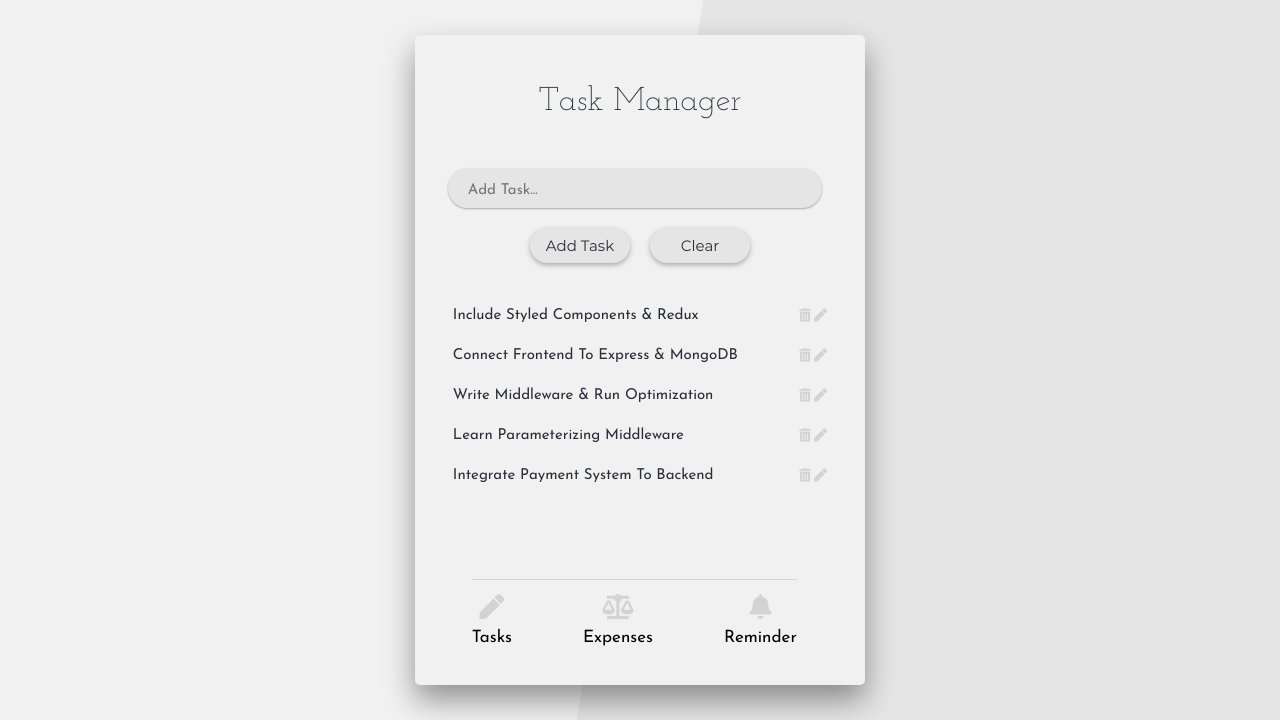
Repository: Kol124/react-task-manager
Page: /
These files come from the project's save history. The page is drawn as it stood at one moment and after the next save; the edit follows.
The browser window is 1280 px wide. The pictures show the whole page.
The project was rebuilt for these pictures with package versions that can differ from the ones it lists, and the page was loaded fresh each time. Also part of the build but not shown: src/components/Expenses/Expenses.js, src/components/Reminder/Reminder.js.

Above is the page before, as saved 2021-06-24 17:56:54.

### public/index.html
<!DOCTYPE html>
<html lang="en">
  <head>
    <meta charset="utf-8" />
    <link rel="icon" href="%PUBLIC_URL%/favicon.ico" />
    <meta name="viewport" content="width=device-width, initial-scale=1" />
    <meta name="theme-color" content="#000000" />
    <meta
      name="description"
      content="Web site created using create-react-app"
    />
    <link rel="apple-touch-icon" href="%PUBLIC_URL%/logo192.png" />
    <!--
      manifest.json provides metadata used when your web app is installed on a
      user's mobile device or desktop. See https://developers.google.com/web/fundamentals/web-app-manifest/
    -->
    <link rel="manifest" href="%PUBLIC_URL%/manifest.json" />
    <!--
      Notice the use of %PUBLIC_URL% in the tags above.
      It will be replaced with the URL of the `public` folder during the build.
      Only files inside the `public` folder can be referenced from the HTML.

      Unlike "/favicon.ico" or "favicon.ico", "%PUBLIC_URL%/favicon.ico" will
      work correctly both with client-side routing and a non-root public URL.
      Learn how to configure a non-root public URL by running `npm run build`.
    -->
    <link rel="stylesheet" href="all.min.css" />
    <title>React App</title>
  </head>
  <body>
    <noscript>You need to enable JavaScript to run this app.</noscript>
    <div id="root"></div>
    <!--
      This HTML file is a template.
      If you open it directly in the browser, you will see an empty page.

      You can add webfonts, meta tags, or analytics to this file.
      The build step will place the bundled scripts into the <body> tag.

      To begin the development, run `npm start` or `yarn start`.
      To create a production bundle, use `npm run build` or `yarn build`.
    -->
  </body>
</html>

### src/App.js
import "./App.css";
import React from "react";
import TaskContextProvider from "./context/TaskContext";
import ThemeContextProvider from "./context/ThemeContext";
import Main from "./components/Main";

function App() {
  return (
    <ThemeContextProvider>
      <TaskContextProvider>
        <div className="container">
          <Main />
        </div>
      </TaskContextProvider>
    </ThemeContextProvider>
  );
}

export default App;

### src/App.css
@import url("fonts.css");

* {
  margin: 0;
  padding: 0;
  box-sizing: inherit;
}

html {
  box-sizing: border-box;
  font-size: 62.5%;
}

.container {
  width: 100%;
  height: 100vh;
  display: flex;
  align-items: center;
  justify-content: center;
  background: linear-gradient(100deg, #f1f1f1 50%, #e5e5e5 0);
}

.app-wrapper {
  padding: 2.5rem 2.8rem;
  position: relative;
  width: 45rem;
  height: 65rem;
  border-radius: 5px;
  box-shadow: 0 15px 30px rgba(0, 0, 0, 0.4);
}

.header .main-header {
  font-family: "Josefin Slab", serif;
  text-align: center;
  font-size: 3.3rem;
  /* color: #e5e5e5; */
  font-weight: 300;
  margin: 2.5rem 2rem 5rem 2rem;
}

.main {
  display: flex;
  flex-direction: column;
  align-items: space-between;
  margin-bottom: 3.5rem;
  width: 100%;
}

.form {
  display: flex;
  align-items: center;
  margin-bottom: 1.5rem;
  flex-direction: column;
  justify-content: center;
}

.task-input {
  font-family: "Josefin Sans", serif;
  padding: 1.5rem 1rem 1rem 2rem;
  margin: 0 1rem 1rem 0;
  color: #ccc;
  width: 95%;
  outline: none;
  font-size: 1.5rem;
  border-radius: 20px;
  background-color: #1d222b;
  box-shadow: 0 1px 2px rgba(0, 0, 0, 0.3);
}

@media only screen and (max-width: 450px) {
  html {
    font-size: 50%;
  }
}

.buttons {
  display: flex;
}

.btn {
  font-family: "Montserrat", sans-serif;
  background-color: #1d222b;
  border-radius: 2rem;
  font-size: 1.5rem;
  height: 3.5rem;
  width: 10rem;
  border: none;
  margin: 1rem;
  outline: none;
  cursor: pointer;
  box-shadow: 0 2px 5px rgba(0, 0, 0, 0.3);
}

.list {
  width: 95%;
  margin: 0 auto;
  max-height: 28rem;
  overflow: hidden;
  overflow-y: auto;
}

/* width */
::-webkit-scrollbar {
  width: 6px;
}

/* Track */
::-webkit-scrollbar-track {
  border-radius: 10px;
  background-color: #aaa;
}

/* Handle */
::-webkit-scrollbar-thumb {
  background: #444;
  border-radius: 10px;
}

.list-item {
  display: flex;
  margin: 2rem 0;
  padding-bottom: 0.5rem;
  justify-content: space-between;
}

.list-item span {
  font-family: "Josefin Sans", sans-serif;
  /* color: #bbb; */
  font-size: 1.5rem;
  text-transform: capitalize;
}

.task-btn {
  cursor: pointer;
  background-color: transparent;
  border: none;
  outline: none;
}

.no-tasks {
  text-align: center;
  font-family: "Montserrat", sans-serif;
  margin-top: 2.5rem;
  font-size: 2rem;
}

footer {
  position: absolute;
  width: 85%;
  bottom: 6%;
}

footer .nav {
  display: flex;
  align-items: center;
  justify-content: space-between;
  border-top: 1px solid #d4d4d4;
  padding-top: 1.4rem;
  list-style: none;
  margin: 0 auto;
  width: 85%;
}

.nav li {
  font-family: "Josefin Sans", sans-serif;
  text-align: center;
}

.nav li a {
  text-decoration: none;
}

.nav li i {
  font-size: 2.5rem;
  transition: all ease 0.3s;
}

.nav li i:hover {
  color: #182741;
}

.nav li p {
  text-decoration: none;
  font-size: 1.7rem;
  color: initial;
  margin-top: 1rem;
}

### src/context/TaskContext.js
import React, { createContext, useState, useReducer, useEffect } from "react";
import TaskReducer from "../reducer/TaskReducer";

export const TaskContext = createContext();

export default function TaskContextProvider(props) {
  const [tasks, dispatch] = useReducer(TaskReducer, [
    { title: "Include styled components & redux", id: 1 },
    { title: "Connect frontend to express & mongoDB", id: 2 },
    { title: "Write middleware & run optimization", id: 3 },
    { title: "Learn parameterizing middleware", id: 4 },
    { title: "Integrate payment system to backend", id: 5 },
  ]);
  const [editItem, setEditItem] = useState(null);

  const findItem = (id) => {
    const item = tasks.find((task) => task.id === id);
    setEditItem(item);
  };

  useEffect(() => {
    console.log(tasks);
  });

  return (
    <TaskContext.Provider
      value={{ tasks, editItem, setEditItem, findItem, dispatch }}
    >
      {props.children}
    </TaskContext.Provider>
  );
}

### src/context/ThemeContext.js
import React, { Component, createContext } from "react";

export const ThemeContext = createContext();

export default class ThemeContextProvider extends Component {
  state = {
    isLightTheme: true,
    light: {
      font: "#292f38",
      accent: "#e5e5e5",
      icon: "#d3d3d3",
      bg: "#f1f1f1",
    },
    dark: {
      font: "#f1f1f1",
      accent: "#1d222b",
      icon: "#d7d7d7",
      bg: "#292f38",
    },
  };

  toggleTheme = () => {
    this.setState({ isLightTheme: !this.state.isLightTheme });
  };

  render() {
    return (
      <div>
        <ThemeContext.Provider
          value={{ ...this.state, toggleTheme: this.toggleTheme }}
        >
          {this.props.children}
        </ThemeContext.Provider>
      </div>
    );
  }
}

### src/components/Main.js
import React, { useContext } from "react";
import { BrowserRouter as Router, Switch, Route } from "react-router-dom";
import Header from "./Header";
import TaskForm from "./TaskForm";
import TaskList from "./TaskList";
import Expenses from "./expenses/Expenses";
import Reminder from "./reminder/Reminder";
import Footer from "./Footer";
import { ThemeContext } from "../context/ThemeContext";

export default function Main() {
  const { isLightTheme, dark, light } = useContext(ThemeContext);
  const theme = isLightTheme ? light : dark;

  return (
    <Router>
      <div>
        <div
          className="app-wrapper"
          style={{ background: theme.bg, color: theme.font }}
        >
          <Header />
          <Switch>
            <Route exact path="/">
              <div className="main">
                <TaskForm />
                <TaskList />
              </div>
            </Route>

            <Route path="/expenses">
              <Expenses />
            </Route>

            <Route path="/reminder">
              <Reminder />
            </Route>
          </Switch>
          <Footer />
        </div>
      </div>
    </Router>
  );
}

### src/fonts.css
/* josefin-sans-300 - latin */
@font-face {
  font-family: "Josefin Sans";
  font-style: normal;
  font-weight: 300;
  src: url("./fonts/josefin-sans-v17-latin-300.eot"); /* IE9 Compat Modes */
  src: local(""),
    url("./fonts/josefin-sans-v17-latin-300.eot?#iefix")
      format("embedded-opentype"),
    /* IE6-IE8 */ url("./fonts/josefin-sans-v17-latin-300.woff2")
      format("woff2"),
    /* Super Modern Browsers */ url("./fonts/josefin-sans-v17-latin-300.woff")
      format("woff"),
    /* Modern Browsers */ url("./fonts/josefin-sans-v17-latin-300.ttf")
      format("truetype"),
    /* Safari, Android, iOS */
      url("./fonts/josefin-sans-v17-latin-300.svg#JosefinSans") format("svg"); /* Legacy iOS */
}
/* josefin-sans-regular - latin */
@font-face {
  font-family: "Josefin Sans";
  font-style: normal;
  font-weight: 400;
  src: url("./fonts/josefin-sans-v17-latin-regular.eot"); /* IE9 Compat Modes */
  src: local(""),
    url("./fonts/josefin-sans-v17-latin-regular.eot?#iefix")
      format("embedded-opentype"),
    /* IE6-IE8 */ url("./fonts/josefin-sans-v17-latin-regular.woff2")
      format("woff2"),
    /* Super Modern Browsers */
      url("./fonts/josefin-sans-v17-latin-regular.woff") format("woff"),
    /* Modern Browsers */ url("./fonts/josefin-sans-v17-latin-regular.ttf")
      format("truetype"),
    /* Safari, Android, iOS */
      url("./fonts/josefin-sans-v17-latin-regular.svg#JosefinSans")
      format("svg"); /* Legacy iOS */
}
/* josefin-sans-600 - latin */
@font-face {
  font-family: "Josefin Sans";
  font-style: normal;
  font-weight: 600;
  src: url("./fonts/josefin-sans-v17-latin-600.eot"); /* IE9 Compat Modes */
  src: local(""),
    url("./fonts/josefin-sans-v17-latin-600.eot?#iefix")
      format("embedded-opentype"),
    /* IE6-IE8 */ url("./fonts/josefin-sans-v17-latin-600.woff2")
      format("woff2"),
    /* Super Modern Browsers */ url("./fonts/josefin-sans-v17-latin-600.woff")
      format("woff"),
    /* Modern Browsers */ url("./fonts/josefin-sans-v17-latin-600.ttf")
      format("truetype"),
    /* Safari, Android, iOS */
      url("./fonts/josefin-sans-v17-latin-600.svg#JosefinSans") format("svg"); /* Legacy iOS */
}
/* josefin-sans-700 - latin */
@font-face {
  font-family: "Josefin Sans";
  font-style: normal;
  font-weight: 700;
  src: url("./fonts/josefin-sans-v17-latin-700.eot"); /* IE9 Compat Modes */
  src: local(""),
    url("./fonts/josefin-sans-v17-latin-700.eot?#iefix")
      format("embedded-opentype"),
    /* IE6-IE8 */ url("./fonts/josefin-sans-v17-latin-700.woff2")
      format("woff2"),
    /* Super Modern Browsers */ url("./fonts/josefin-sans-v17-latin-700.woff")
      format("woff"),
    /* Modern Browsers */ url("./fonts/josefin-sans-v17-latin-700.ttf")
      format("truetype"),
    /* Safari, Android, iOS */
      url("./fonts/josefin-sans-v17-latin-700.svg#JosefinSans") format("svg"); /* Legacy iOS */
}

/* josefin-slab-300 - latin */
@font-face {
  font-family: "Josefin Slab";
  font-style: normal;
  font-weight: 300;
  src: url("./fonts/josefin-slab-v13-latin-300.eot"); /* IE9 Compat Modes */
  src: local(""),
    url("./fonts/josefin-slab-v13-latin-300.eot?#iefix")
      format("embedded-opentype"),
    /* IE6-IE8 */ url("./fonts/josefin-slab-v13-latin-300.woff2")
      format("woff2"),
    /* Super Modern Browsers */ url("./fonts/josefin-slab-v13-latin-300.woff")
      format("woff"),
    /* Modern Browsers */ url("./fonts/josefin-slab-v13-latin-300.ttf")
      format("truetype"),
    /* Safari, Android, iOS */
      url("./fonts/josefin-slab-v13-latin-300.svg#JosefinSlab") format("svg"); /* Legacy iOS */
}
/* josefin-slab-regular - latin */
@font-face {
  font-family: "Josefin Slab";
  font-style: normal;
  font-weight: 400;
  src: url("./fonts/josefin-slab-v13-latin-regular.eot"); /* IE9 Compat Modes */
  src: local(""),
    url("./fonts/josefin-slab-v13-latin-regular.eot?#iefix")
      format("embedded-opentype"),
    /* IE6-IE8 */ url("./fonts/josefin-slab-v13-latin-regular.woff2")
      format("woff2"),
    /* Super Modern Browsers */
      url("./fonts/josefin-slab-v13-latin-regular.woff") format("woff"),
    /* Modern Browsers */ url("./fonts/josefin-slab-v13-latin-regular.ttf")
      format("truetype"),
    /* Safari, Android, iOS */
      url("./fonts/josefin-slab-v13-latin-regular.svg#JosefinSlab")
      format("svg"); /* Legacy iOS */
}
/* josefin-slab-600 - latin */
@font-face {
  font-family: "Josefin Slab";
  font-style: normal;
  font-weight: 600;
  src: url("./fonts/josefin-slab-v13-latin-600.eot"); /* IE9 Compat Modes */
  src: local(""),
    url("./fonts/josefin-slab-v13-latin-600.eot?#iefix")
      format("embedded-opentype"),
    /* IE6-IE8 */ url("./fonts/josefin-slab-v13-latin-600.woff2")
      format("woff2"),
    /* Super Modern Browsers */ url("./fonts/josefin-slab-v13-latin-600.woff")
      format("woff"),
    /* Modern Browsers */ url("./fonts/josefin-slab-v13-latin-600.ttf")
      format("truetype"),
    /* Safari, Android, iOS */
      url("./fonts/josefin-slab-v13-latin-600.svg#JosefinSlab") format("svg"); /* Legacy iOS */
}
/* josefin-slab-700 - latin */
@font-face {
  font-family: "Josefin Slab";
  font-style: normal;
  font-weight: 700;
  src: url("./fonts/josefin-slab-v13-latin-700.eot"); /* IE9 Compat Modes */
  src: local(""),
    url("./fonts/josefin-slab-v13-latin-700.eot?#iefix")
      format("embedded-opentype"),
    /* IE6-IE8 */ url("./fonts/josefin-slab-v13-latin-700.woff2")
      format("woff2"),
    /* Super Modern Browsers */ url("./fonts/josefin-slab-v13-latin-700.woff")
      format("woff"),
    /* Modern Browsers */ url("./fonts/josefin-slab-v13-latin-700.ttf")
      format("truetype"),
    /* Safari, Android, iOS */
      url("./fonts/josefin-slab-v13-latin-700.svg#JosefinSlab") format("svg"); /* Legacy iOS */
}

/* montserrat-300 - latin */
@font-face {
  font-family: "Montserrat";
  font-style: normal;
  font-weight: 300;
  src: url("./fonts/montserrat-v15-latin-300.eot"); /* IE9 Compat Modes */
  src: local(""),
    url("./fonts/montserrat-v15-latin-300.eot?#iefix")
      format("embedded-opentype"),
    /* IE6-IE8 */ url("./fonts/montserrat-v15-latin-300.woff2") format("woff2"),
    /* Super Modern Browsers */ url("./fonts/montserrat-v15-latin-300.woff")
      format("woff"),
    /* Modern Browsers */ url("./fonts/montserrat-v15-latin-300.ttf")
      format("truetype"),
    /* Safari, Android, iOS */
      url("./fonts/montserrat-v15-latin-300.svg#Montserrat") format("svg"); /* Legacy iOS */
}
/* montserrat-regular - latin */
@font-face {
  font-family: "Montserrat";
  font-style: normal;
  font-weight: 400;
  src: url("./fonts/montserrat-v15-latin-regular.eot"); /* IE9 Compat Modes */
  src: local(""),
    url("./fonts/montserrat-v15-latin-regular.eot?#iefix")
      format("embedded-opentype"),
    /* IE6-IE8 */ url("./fonts/montserrat-v15-latin-regular.woff2")
      format("woff2"),
    /* Super Modern Browsers */ url("./fonts/montserrat-v15-latin-regular.woff")
      format("woff"),
    /* Modern Browsers */ url("./fonts/montserrat-v15-latin-regular.ttf")
      format("truetype"),
    /* Safari, Android, iOS */
      url("./fonts/montserrat-v15-latin-regular.svg#Montserrat") format("svg"); /* Legacy iOS */
}
/* montserrat-500 - latin */
@font-face {
  font-family: "Montserrat";
  font-style: normal;
  font-weight: 500;
  src: url("./fonts/montserrat-v15-latin-500.eot"); /* IE9 Compat Modes */
  src: local(""),
    url("./fonts/montserrat-v15-latin-500.eot?#iefix")
      format("embedded-opentype"),
    /* IE6-IE8 */ url("./fonts/montserrat-v15-latin-500.woff2") format("woff2"),
    /* Super Modern Browsers */ url("./fonts/montserrat-v15-latin-500.woff")
      format("woff"),
    /* Modern Browsers */ url("./fonts/montserrat-v15-latin-500.ttf")
      format("truetype"),
    /* Safari, Android, iOS */
      url("./fonts/montserrat-v15-latin-500.svg#Montserrat") format("svg"); /* Legacy iOS */
}

### src/reducer/TaskReducer.js
export default function TaskReducer(tasks, action) {
  switch (action.type) {
    case "ADD_TASK":
      return [
        ...tasks,
        {
          title: action.task.title,
          id: Math.random().toString(),
        },
      ];

    case "REMOVE_TASK":
      return tasks.filter((task) => task.id !== action.task.id);

    case "EDIT_TASK":
      return tasks.map((task) =>
        task.id === action.task.id
          ? { title: action.task.title, id: action.task.id }
          : task
      );

    case "CLEAR_TASK":
      return [];

    default:
      return tasks;
  }
}

### src/components/Header.js
import React from "react";

const Header = () => {
  return (
    <div className="header">
      <h1 className="main-header">Task Manager</h1>
    </div>
  );
};

export default Header;

### src/components/TaskForm.js
import React, { useState, useContext, useEffect } from "react";
import { TaskContext } from "../context/TaskContext";
import { ThemeContext } from "../context/ThemeContext";

export default function TaskForm() {
  const { editItem, setEditItem, dispatch } = useContext(TaskContext);
  const [title, setTitle] = useState("");

  const { isLightTheme, dark, light } = useContext(ThemeContext);
  const theme = isLightTheme ? light : dark;

  const handleSubmit = (e) => {
    e.preventDefault();
    if (editItem !== null) {
      dispatch({
        type: "EDIT_TASK",
        task: {
          title,
          id: editItem.id,
        },
      });
      setEditItem(null);
    } else {
      dispatch({
        type: "ADD_TASK",
        task: {
          title,
        },
      });
    }

    setTitle("");
  };

  useEffect(() => {
    if (editItem !== null) {
      setTitle(editItem.title);
      console.log(editItem);
    } else {
      setTitle("");
    }
  }, [editItem]);

  return (
    <form onSubmit={handleSubmit} className="form">
      <input
        type="text"
        placeholder="Add Task..."
        value={title}
        style={{
          background: theme.accent,
          color: theme.font,
          border: theme.icon,
        }}
        onChange={(e) => setTitle(e.target.value)}
        required
        className="task-input"
      />
      <div className="buttons">
        <button
          type="submit"
          className="btn"
          style={{ background: theme.accent, color: theme.font }}
        >
          {editItem ? "Edit Task" : "Add Task"}
        </button>
        <button
          className="btn"
          style={{ background: theme.accent, color: theme.font }}
          onClick={() => dispatch({ type: "CLEAR_TASK" })}
        >
          Clear
        </button>
      </div>
    </form>
  );
}

### src/components/TaskList.js
import React, { useContext } from "react";
import { TaskContext } from "../context/TaskContext";
import Task from "./Task";

export default function TaskList() {
  const { tasks } = useContext(TaskContext);

  return (
    <div>
      {tasks.length ? (
        <ul className="list">
          {tasks.map((task) => {
            return <Task task={task} key={task.id} />;
          })}
        </ul>
      ) : (
        <div className="no-tasks">No Tasks</div>
      )}
    </div>
  );
}

### src/components/Footer.js
import React, { useContext } from "react";
import { Link } from "react-router-dom";
import { ThemeContext } from "../context/ThemeContext";

export default function Footer() {
  const { isLightTheme, dark, light } = useContext(ThemeContext);
  const theme = isLightTheme ? light : dark;

  return (
    <footer>
      <ul className="nav">
        <li>
          <Link to="/">
            <i style={{ color: theme.icon }} className="fa fa-pen"></i>
            <p>Tasks</p>
          </Link>
        </li>

        <li>
          <Link to="/Expenses">
            <i
              style={{ color: theme.icon }}
              className="fa fa-balance-scale"
            ></i>
            <p>Expenses</p>
          </Link>
        </li>

        <li>
          <Link to="/Reminder">
            <i style={{ color: theme.icon }} className="fa fa-bell"></i>
            <p>Reminder</p>
          </Link>
        </li>
      </ul>
    </footer>
  );
}

### src/components/Task.js
import React, { useContext } from "react";
import { TaskContext } from "../context/TaskContext";
import { ThemeContext } from "../context/ThemeContext";

export default function Task({ task }) {
  const { findItem, dispatch } = useContext(TaskContext);
  const { isLightTheme, dark, light } = useContext(ThemeContext);
  const theme = isLightTheme ? light : dark;

  return (
    <li className="list-item">
      <span>{task.title}</span>
      <div>
        <button
          className="btn-delete task-btn"
          style={{ color: theme.icon }}
          onClick={() =>
            dispatch({ type: "REMOVE_TASK", task: { id: task.id } })
          }
        >
          <i className="fas fa-trash-alt"></i>
        </button>{" "}
        <button
          className="btn-edit task-btn"
          style={{ color: theme.icon }}
          onClick={() => findItem(task.id)}
        >
          <i className="fas fa-pen"></i>
        </button>
      </div>
    </li>
  );
}

Loaded but not shown: src/index.js (common file); src/index.css (common file); src/reportWebVitals.js (common file); public/all.min.css (library)

After the next save:
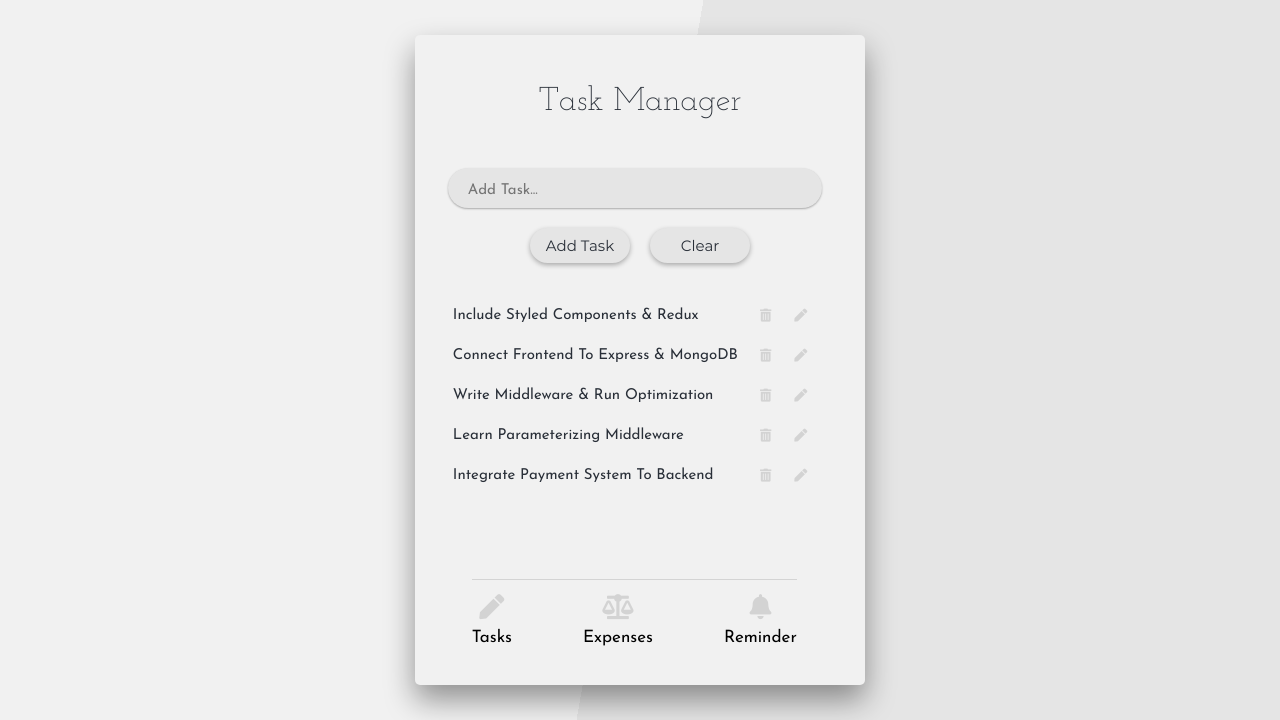
Saved 40 s later.
--- a/src/App.css
+++ b/src/App.css
@@ -131,10 +131,12 @@ html {
 }
 
 .task-btn {
+  font-size: 1.3rem;
   cursor: pointer;
-  background-color: transparent;
   border: none;
   outline: none;
+  margin-right: 2rem;
+  background-color: transparent;
 }
 
 .no-tasks {
